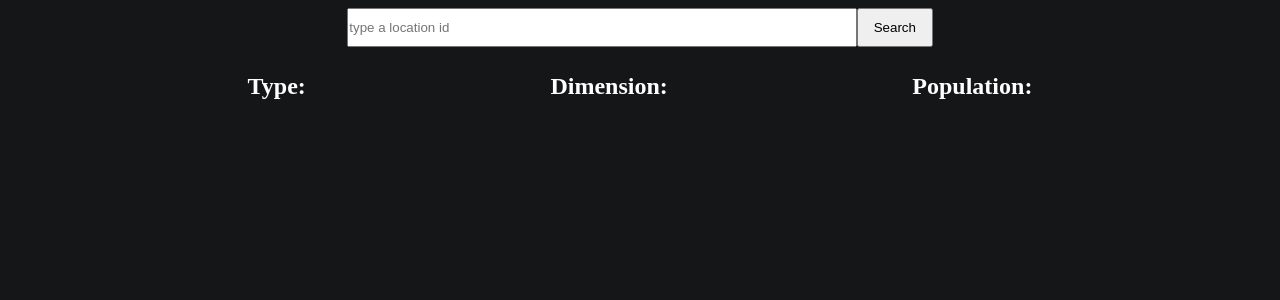
Repository: RobertAries28/ApiRickyMortin
Page: /
These files come from the project's save history. The page is drawn as it stood at one moment and after the next save; the edit follows.
The browser window is 1280 px wide. The pictures show the whole page.
The page's requests for data from a server got no answer. The project was rebuilt for these pictures with package versions that can differ from the ones it lists, and the page was loaded fresh each time. No one was signed in, and anything a server would have sent is missing. Also part of the build but not shown: src/ResidentInfo.js.

Above is the page before, as saved 2022-04-29 09:52:45.

After the next save:
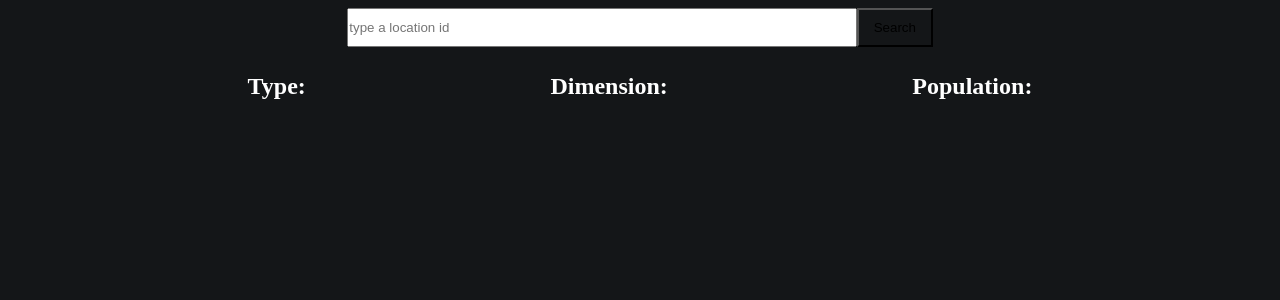
Saved 53 s later.
--- a/src/index.css
+++ b/src/index.css
@@ -81,4 +81,5 @@ body{
 
 .searchBox button{
   width: 6%;
+  background: #141618;
 }
